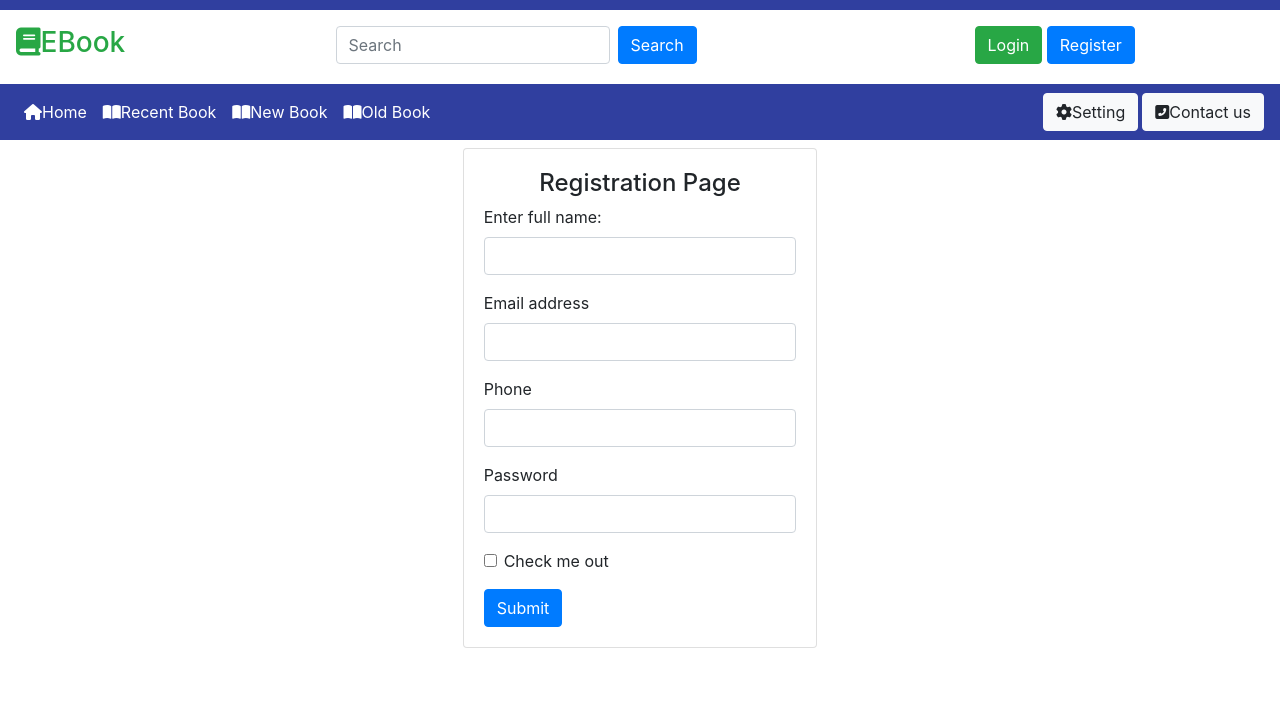
Repository: DaoThanhLam/eProjectKy4
Page: http://localhost/bookma_pro/register.jsp
An editor plug-in stored every save of this project. The page is shown before and after the next save, followed by the edit.
The browser window is 1280 px wide. The pictures show the whole page.
Some web libraries are served in a nearby version. The page is served by Tomcat 9.

Above is the page before, as saved 2024-11-16 06:35:21.

After the next save:
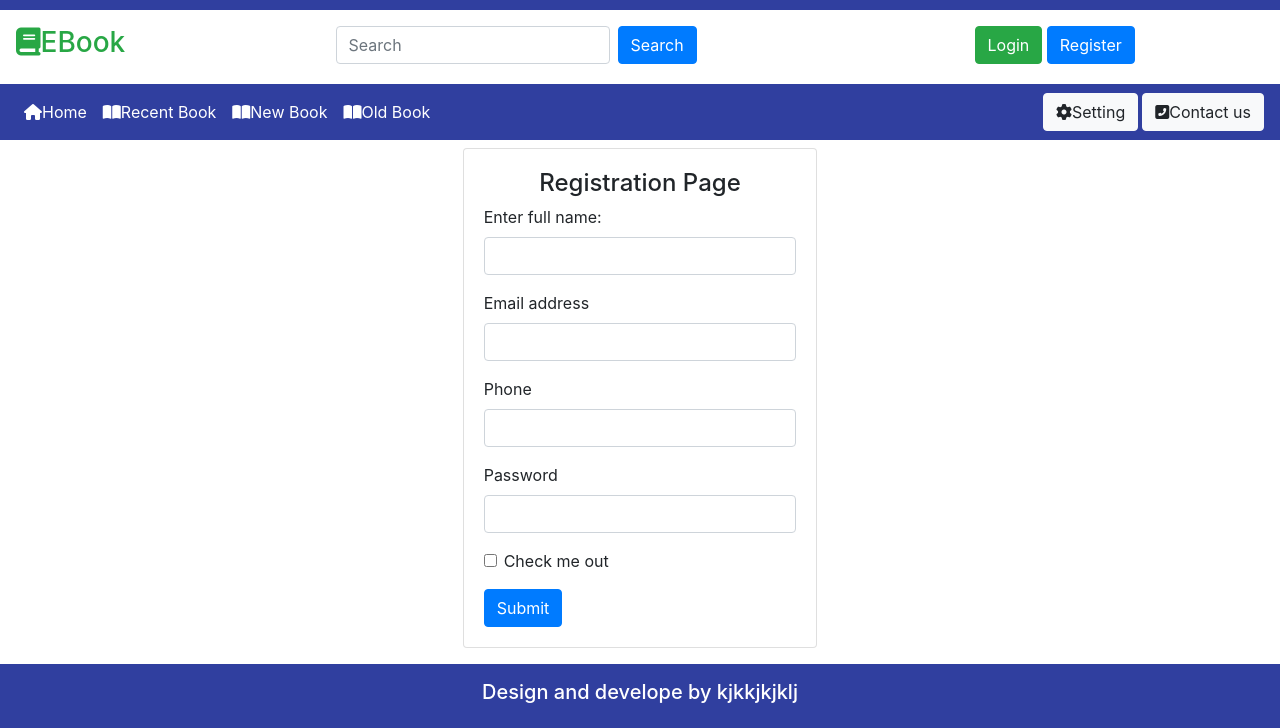
Saved 48 s later.
--- a/bookma_pro/src/main/webapp/register.jsp
+++ b/bookma_pro/src/main/webapp/register.jsp
@@ -45,6 +45,7 @@
 </div>
 
 
+<%@include file="components/footer.jsp" %>
 
 
 
